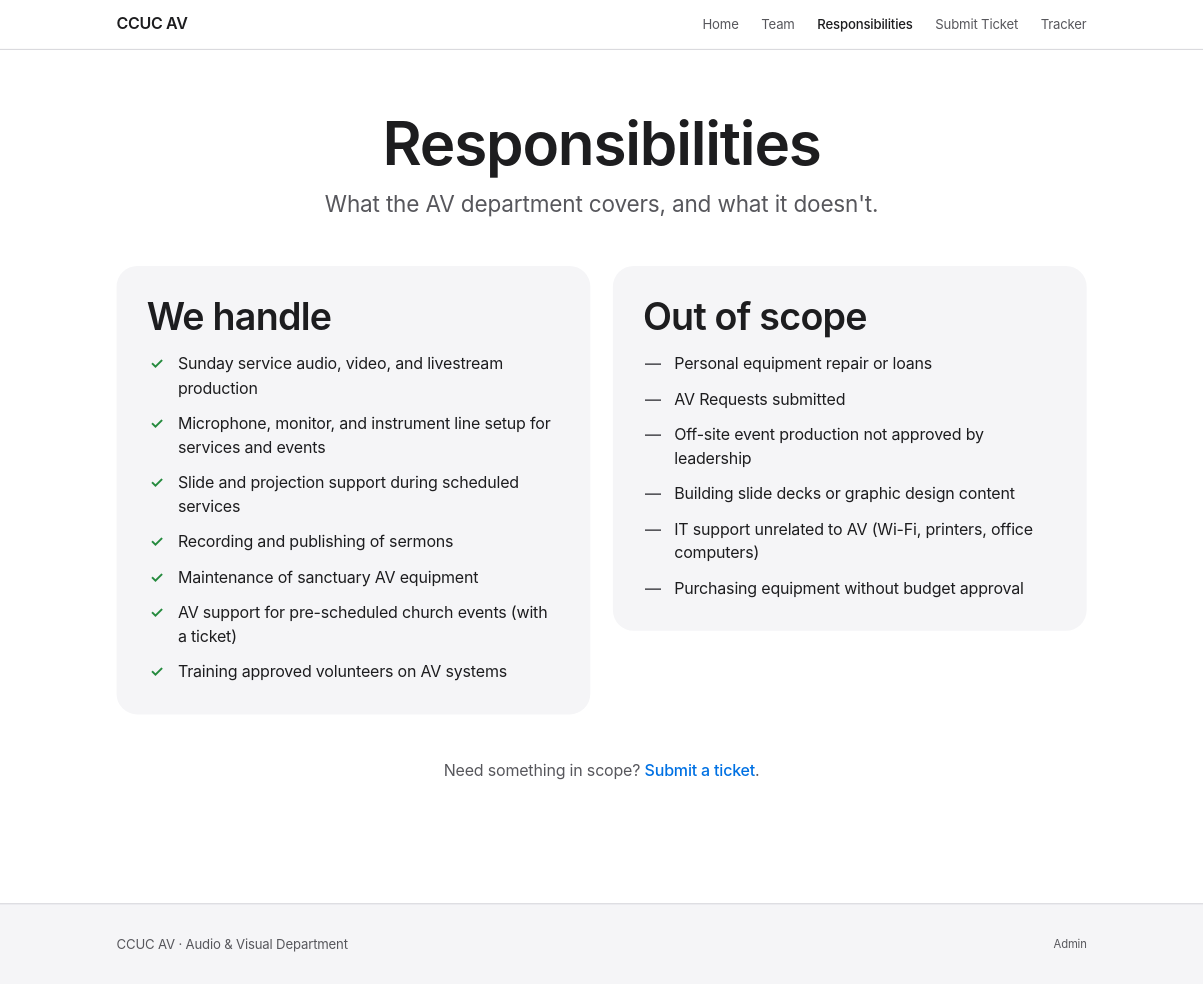
Repository: fakebrianho/ccuc_av
Page: /responsibilities
An editor plug-in stored every save of this project. The page is shown before and after a run of saves, followed by the edit.
The browser window is 1280 px wide. The pictures show the whole page, at 94% of full size.
The project was rebuilt for these pictures with package versions that can differ from the ones it lists, and the page was loaded fresh each time. The framework's server and built-in components were replaced by stand-ins that run in the browser. Also part of the build but not shown: next.config.mjs.

Above is the page before, as saved 2026-10-04 09:32:42.

After the next 2 saves:
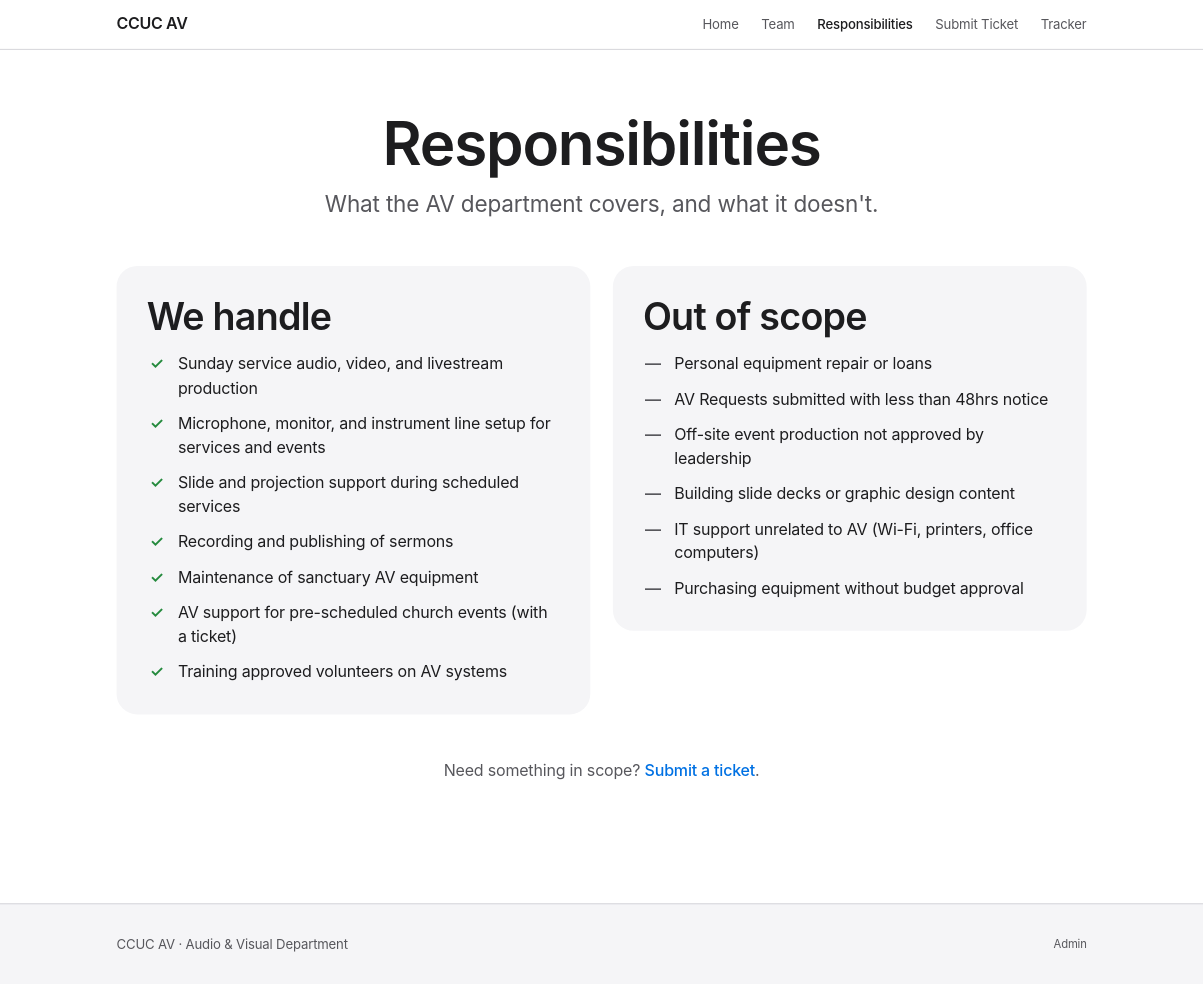
The 2 saves are shown as one change because they came seconds apart.
The last was saved 10 s later.
--- a/src/data/responsibilities.js
+++ b/src/data/responsibilities.js
@@ -11,7 +11,7 @@ export const responsibilities = {
   ],
   doesNot: [
     "Personal equipment repair or loans",
-    "AV Requests submitted ",
+    "AV Requests submitted with less than 48hrs notice",
     "Off-site event production not approved by leadership",
     "Building slide decks or graphic design content",
     "IT support unrelated to AV (Wi-Fi, printers, office computers)",
